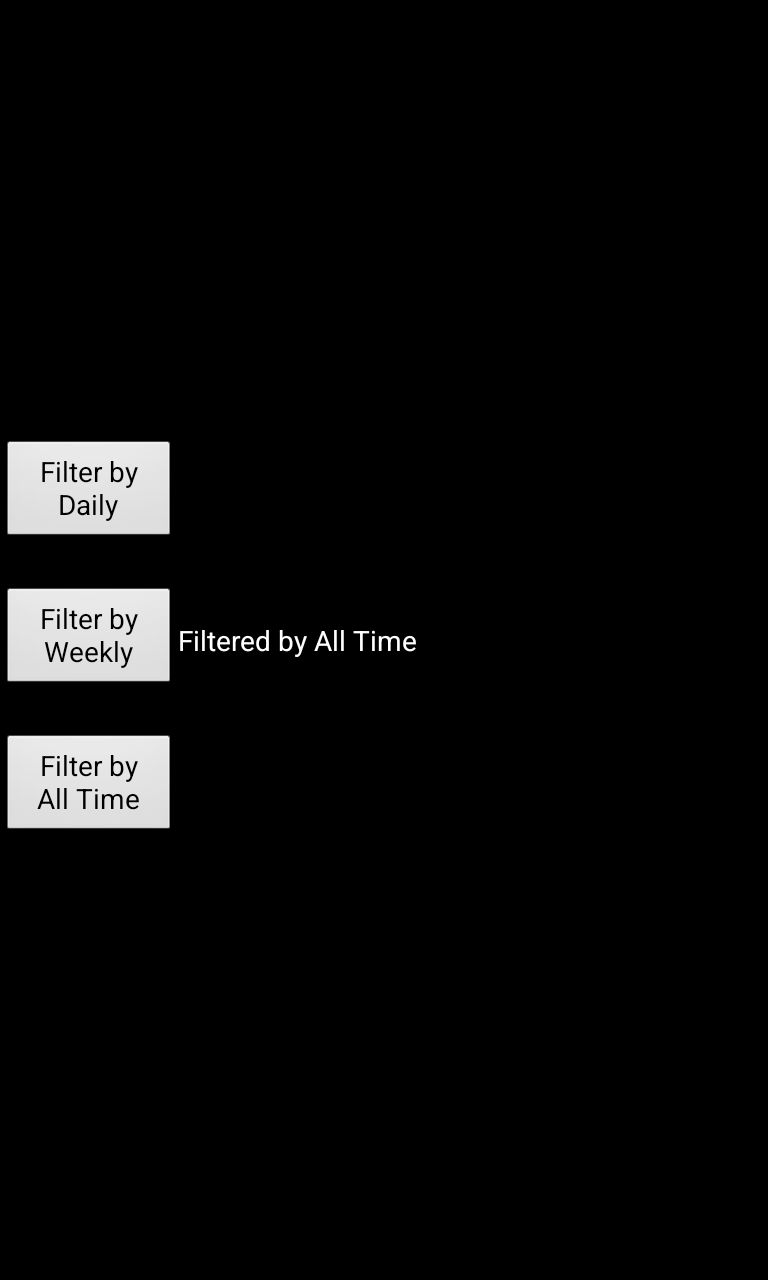
Repository: valleskeyp/IADHub
Layout: MGDGame-android/res/layout/main.xml
An editor plug-in stored every save of this project. The layout is shown before and after the next save, followed by the edit.
It is drawn on a 768 x 1280 px phone screen (xhdpi) without system bars, with theme android:Theme.NoTitleBar.Fullscreen; the app's code is not run. Lists and similar views that code fills are empty.

Above is the layout before, as saved 2013-07-31 21:22:19.

After the next save:
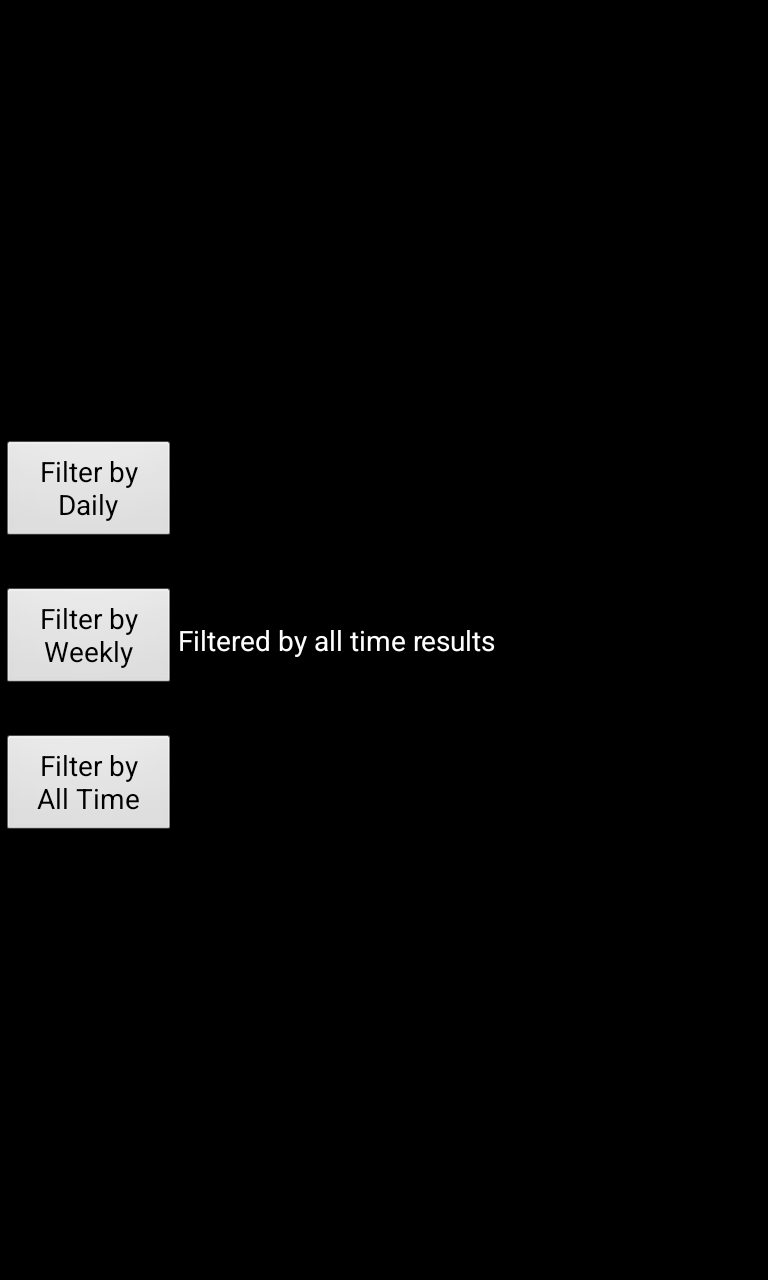
Saved 12 s later.
--- a/MGDGame-android/res/layout/main.xml
+++ b/MGDGame-android/res/layout/main.xml
@@ -41,7 +41,7 @@
             android:id="@+id/filterModeText"
             android:layout_width="match_parent"
             android:layout_height="wrap_content"
-            android:text="Filtered by All Time"
+            android:text="Filtered by all time results"
             android:textColor="@android:color/white" />
 
         <LinearLayout
